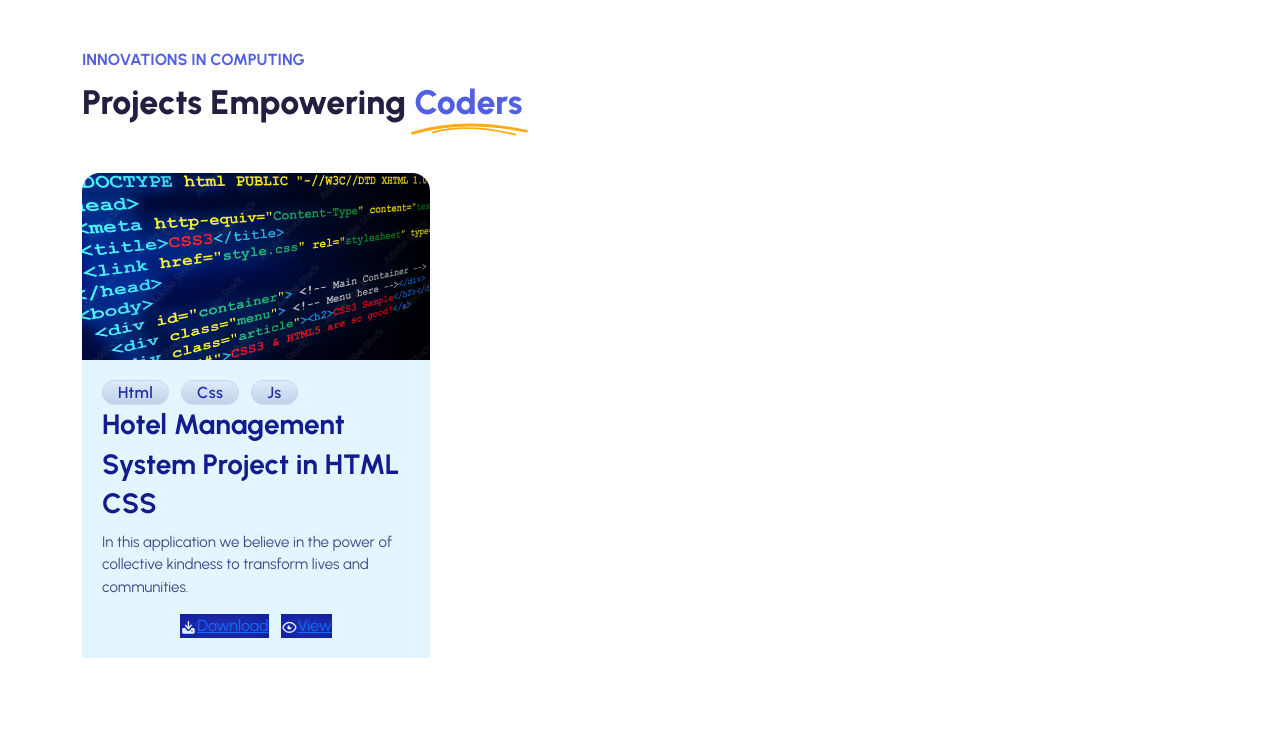
Repository: sharma171/jtccreativeideas
Page: /newsection (app in nextjssite/)
The author's editor kept a copy of each file at every save. The page is drawn from the files as they stood at one save, then again after the next save.
The browser window is 1280 px wide. The pictures show the whole page.
The project was rebuilt for these pictures with package versions that can differ from the ones it lists, and the page was loaded fresh each time. The framework's server and built-in components were replaced by stand-ins that run in the browser. Also part of the build but not shown: nextjssite/next.config.mjs.

Above is the page before, as saved 2024-03-28 14:17:19.

After the next save:
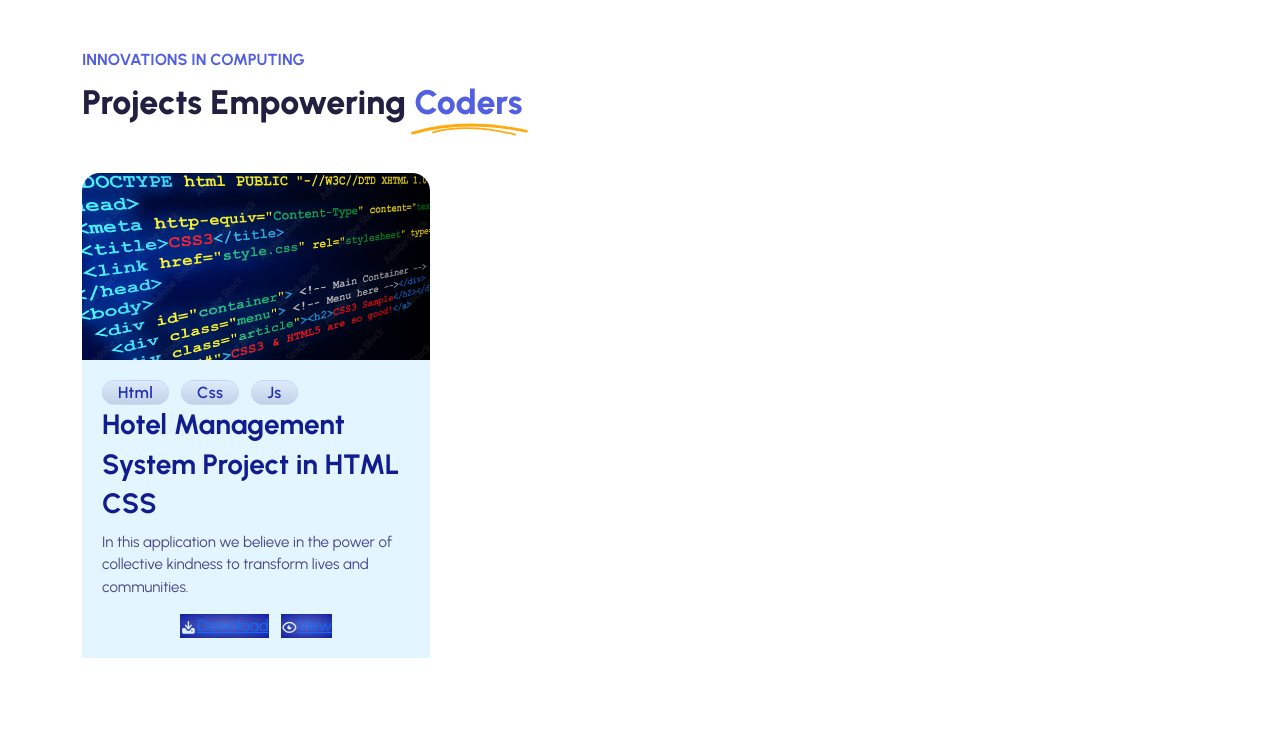
Saved 114 s later.
--- a/nextjssite/src/app/newsection/page.css
+++ b/nextjssite/src/app/newsection/page.css
@@ -104,5 +104,5 @@ section.projects {
     gap: 12px;
 }
 .project-cards li .card-inner .info .card-button .bot-button {
-    background:radial-gradient(#222FB0, #121F9F);
+    background: radial-gradient(#5C6AC8, #121F9F);
 }
